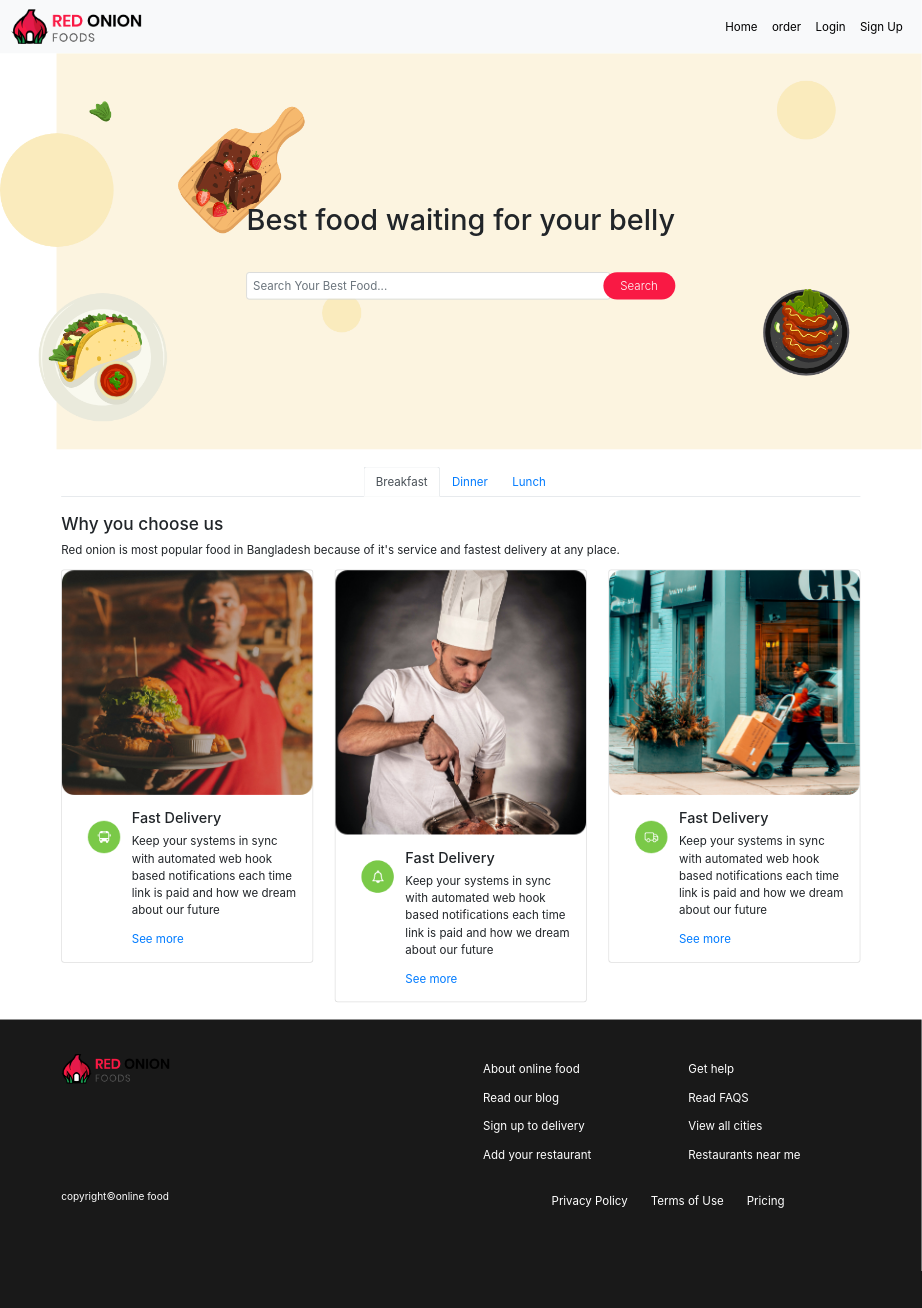
Repository: arif286/red-onion-client
Page: /
An editor plug-in stored every save of this project. The page is shown before and after the next save, followed by the edit.
The browser window is 1280 px wide. The pictures show the whole page, at 72% of full size.
The page's requests for data from a server got no answer. The project was rebuilt for these pictures with package versions that can differ from the ones it lists, and the page was loaded fresh each time. No one was signed in, and anything a server would have sent is missing. Also part of the build but not shown: src/App.css, src/components/CheckOut/CheckOut.css, src/components/CheckOut/CheckOutForm/CheckOutFrom.js, src/components/CheckOut/CheckOut.js, src/components/FoodDetails/FoodDetail.css, src/components/FoodDetails/FoodDetail.js, src/components/Food/FoodItem.js, src/components/LogIn/firebase.config.js and 7 more. Imported but missing from the stored project, and not drawn on this page: src/components/CheckOut/Map/Map.

Above is the page before, as saved 2021-04-07 02:20:09.

After the next save:
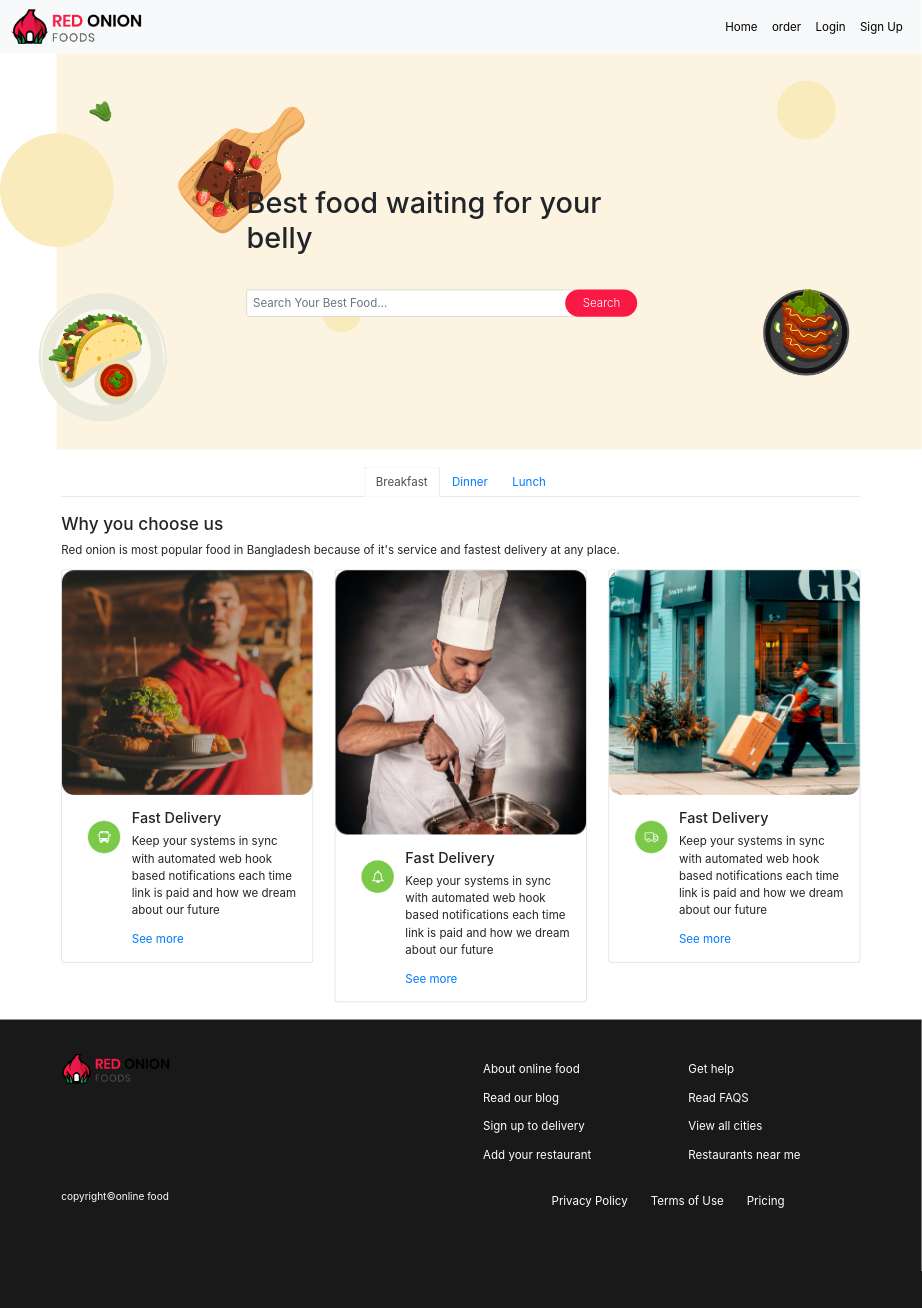
Saved 71 s later.
--- a/src/components/SearchBar/SearchBar.js
+++ b/src/components/SearchBar/SearchBar.js
@@ -26,7 +26,7 @@ const SearchBar = () => {
         style={searchBg.bgImage}
       >
           <Row>
-            <Col xs={12}>
+            <Col xs={11}>
               <h1>Best food waiting for your belly</h1>
               <div className="d-flex mt-5">
                 <input
